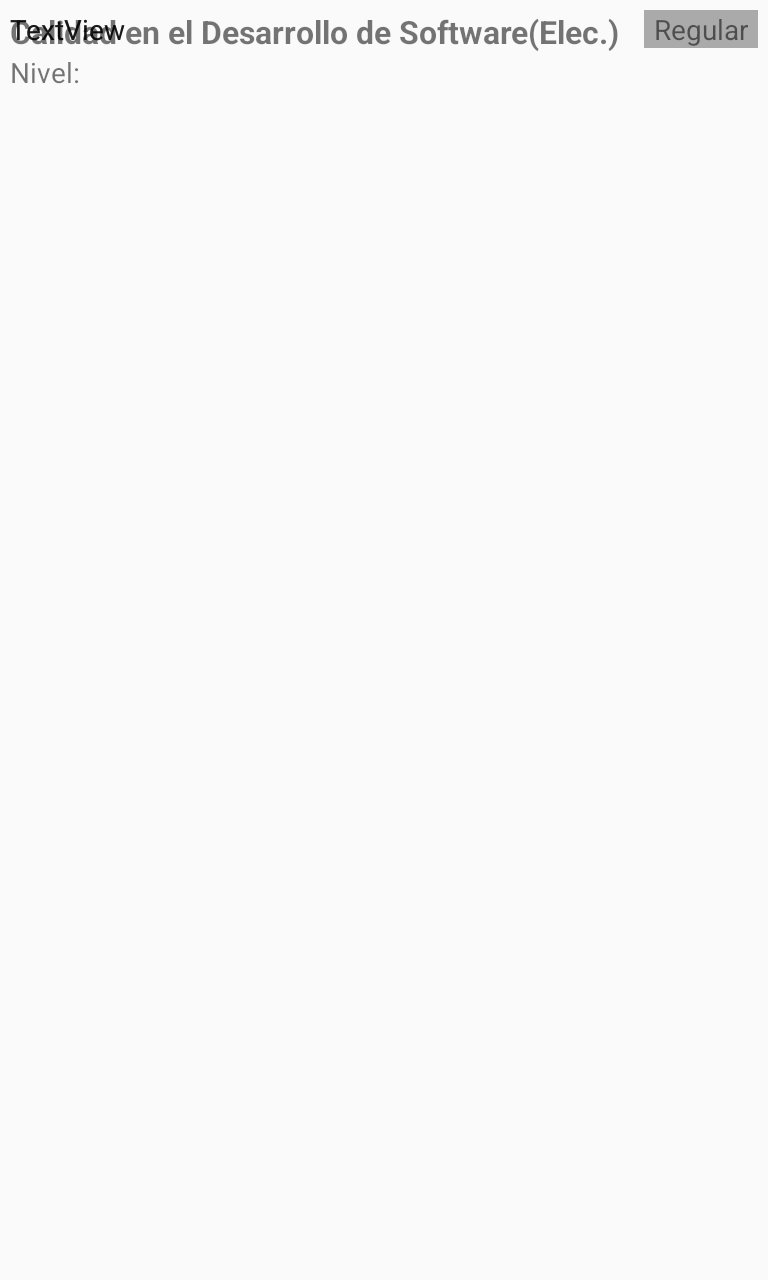
Repository: juanpablobono/Sysacadalumnos
Layout: Sysacad/res/layout/lst_cursado_item.xml
An editor plug-in stored every save of this project. The layout is shown before and after the next save, followed by the edit.
It is drawn on a 768 x 1280 px phone screen (xhdpi) without system bars, with theme temaSysacad; the app's code is not run.

Above is the layout before, as saved 2014-07-07 12:43:38.

After the next save:
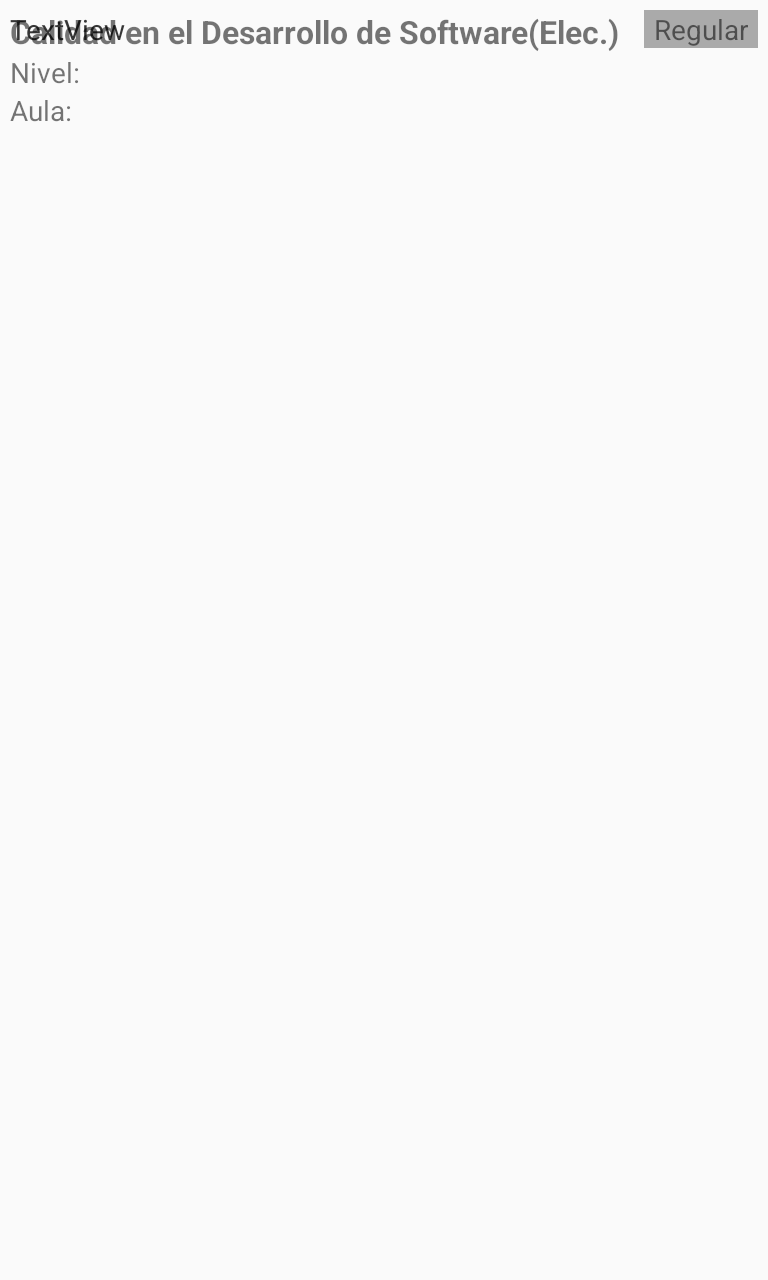
Saved 32 s later.
--- a/Sysacad/res/layout/lst_cursado_item.xml
+++ b/Sysacad/res/layout/lst_cursado_item.xml
@@ -37,12 +37,12 @@
         android:text="Nivel: " />
 
     <TextView
-        android:id="@+id/textView2"
+        android:id="@+id/lblForAula"
         android:layout_width="wrap_content"
         android:layout_height="wrap_content"
         android:layout_alignParentLeft="true"
-        android:layout_below="@+id/textView1"
-        android:text="TextView" />
+        android:layout_below="@+id/lblForNivel"
+        android:text="Aula: " />
 
     <TextView
         android:id="@+id/textView3"
